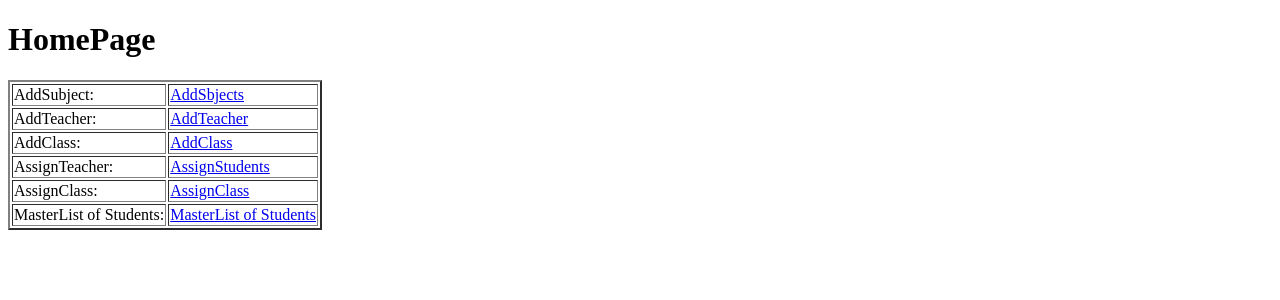
Repository: revanthkumar-paka/LearnersApp
Page: http://localhost/LearnersApp/Home.jsp
An editor plug-in stored every save of this project. The page is shown before and after the next save, followed by the edit.
The browser window is 1280 px wide. The pictures show the whole page.
The page is served by Tomcat 9.

Above is the page before, as saved 2022-04-25 17:13:23.

After the next save:
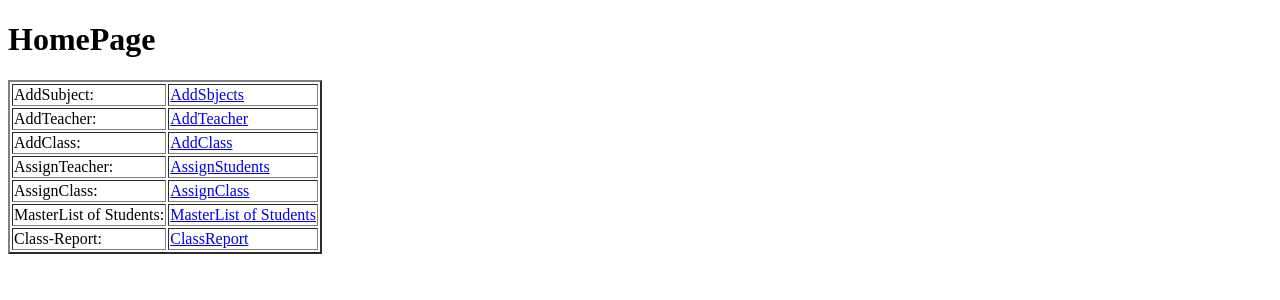
Saved 41 min 10 s later.
--- a/LearnersApp/src/main/webapp/Home.jsp
+++ b/LearnersApp/src/main/webapp/Home.jsp
@@ -34,6 +34,10 @@
 <td>MasterList of Students:</td>
 <td><a href="ReadStudentServlet">MasterList of Students</a></td>
 </tr>
+<tr>
+<td>Class-Report:</td>
+<td><a href="ClassReportServlet">ClassReport</a></td>
+</tr>
 </table>
 </form>
 </body>
